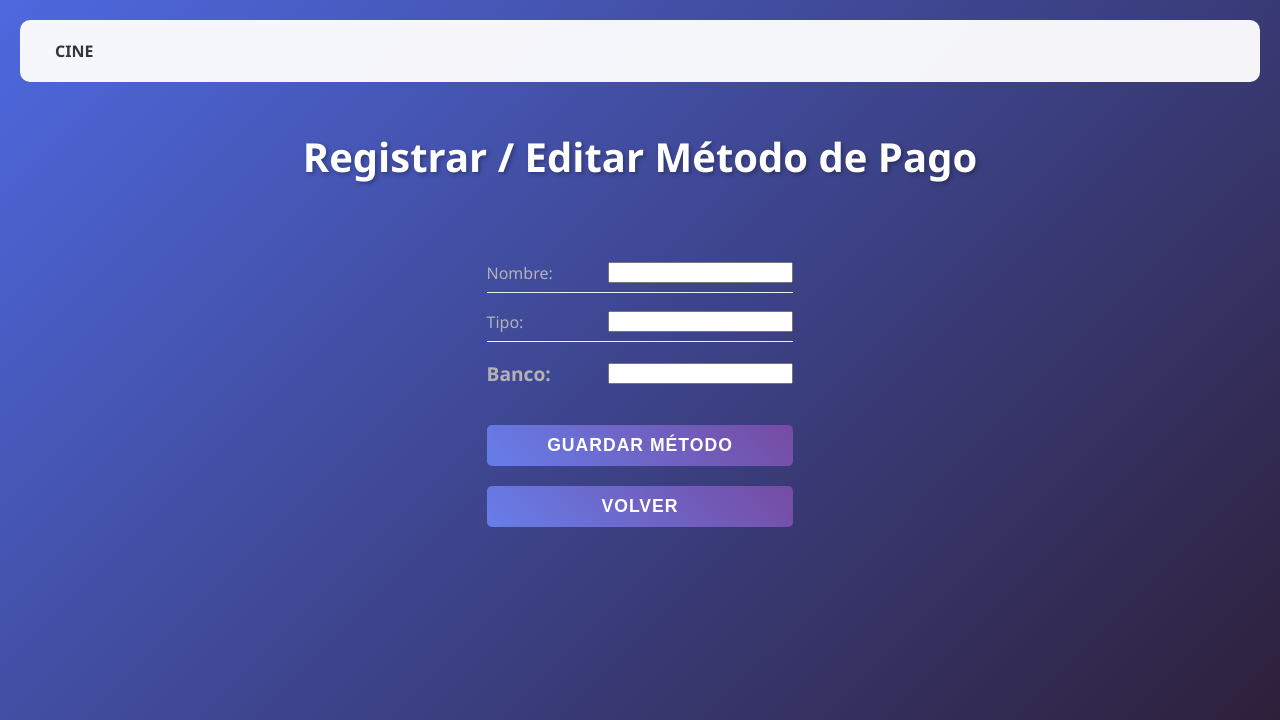
Repository: RoyScc/Practico-Django
Page: http://localhost/metodos/crear
An editor plug-in stored every save of this project. The page is shown before and after the next save, followed by the edit.
The browser window is 1280 px wide. The pictures show the whole page.
The page is served by the project's application, run on Django 5.2 (manage.py). Other server files are loaded and not shown.

Above is the page before, as saved 2026-05-13 23:59:39.

### tickets/templates/tickets/crear_metodo_pago.html
{% extends 'tickets/base.html' %}

{% block title %}Método de Pago{% endblock %}

{% block body %}
    <h1>Registrar / Editar Método de Pago</h1>
    <div class="cartelera">
        <form method="POST">
            {% csrf_token %}

            {{ form.as_p }}

            <button type="submit" style="padding: 10px; background-color: #4CAF50; color: white; border: none; border-radius: 5px; cursor: pointer;">
                Guardar Método
            </button>
            <button type="submit" style="padding: 10px; background-color: #4CAF50; color: white; border: none; border-radius: 5px; cursor: pointer;" href="{% url 'lista_metodos' %}">Volver</button>

        </form>
    </div>
    <br>


{% endblock %}

### tickets/templates/tickets/base.html
{% load static %}

<!DOCTYPE html>
<html lang="en">
<head>
    <meta charset="UTF-8">
    <meta name="viewport" content="width=device-width, initial-scale=1.0">
    <link rel="stylesheet" href="{% static 'tickets/styles.css' %}">
    <link rel="icon" href="templates/tickets/images/cine.png" type="image/png">
    <title>{% block title %} Tickets {% endblock %}</title>
</head>
<body>
    <nav className="navbar2">
        {% if request.resolver_match.url_name == 'cine' %}
            <a href="{% url 'lista_metodos' %}">Metodos</a>
        {% endif %}
        <a href="{% url 'cine' %}">Cine</a>
        {% if request.resolver_match.url_name == 'lista_metodos' %}
            <a href="{% url 'crear_metodo_pago' %}">Crear método de pago</a>
        {% endif %}
    </nav>

    {% block body %}{% endblock %}

</body>
</html>

### tickets/forms.py
from django import forms

from .models import MetodoPago

class MetodoPagoForm(forms.ModelForm):
    class Meta:
        model = MetodoPago
        fields = ['nombre', 'tipo', 'banco']

### tickets/models.py
from django.db import models

# Create your models here.
class Tickets(models.Model):
    tipo = models.CharField(max_length=100)
    nombre = models.CharField(max_length=100)
    fecha = models.DateField()
    ubicacion = models.CharField(max_length=100)
    precio = models.IntegerField()
    metodo_pago = models.ForeignKey(
        'MetodoPago',
        on_delete=models.CASCADE,
        null=True,
        blank=True
    )

    def __str__(self):
        return f"Tickets de: {self.tipo}"

class MetodoPago(models.Model):
    nombre = models.CharField(max_length=100)
    tipo = models.CharField(max_length=100)
    banco = models.CharField(max_length=50, null=True, blank=True)

    def __str__(self):
        return f"Metodo de pago: {self.nombre}"

# class Categoria(models.Model):
#     nombre = models.CharField(max_length=100)
#     # pelicula = models.ForeignKey(
#     #     'Pelicula',
#     #     on_delete=models.CASCADE,
#     #     null=False,
#     #     blank=False
#     #     )

#     def __str__(self):
#         return f"Categoria: {self.nombre}"

# class Pelicula (models.Model):
#     titulo = models.CharField(max_length=100)
#     descripcion = models.TextField()
#     duracion = models.IntegerField()
#     categoria = models.ForeignKey(
#         'Categoria',
#         on_delete=models.CASCADE,
#         null=False,
#         blank=False
#         )
#     # categoria = models.ManyToManyField(
#     #     'Categoria',
#     #     default=None,
#     #     blank=True,
#     #     related_name="categorias",
#     # )

#     def __str__(self):
#         return f"Pelicula: {self.titulo}"

### tickets/views.py
from django.shortcuts import render, redirect
from .models import Tickets, MetodoPago
from .forms import MetodoPagoForm

# Create your views here.

# def index(request):
#     tickets = Tickets.objects.filter(tipo="cine")
#     return render(request, 'tickets/index.html', {'tickets': tickets})

def cine(request):
    tickets = Tickets.objects.filter(tipo__icontains="cine")
    return render(request, 'tickets/cine.html', {'tickets': tickets})

def tickets(request):
    todos_los_tickets = Tickets.objects.all()
    return render(request, 'tickets/todos_los_tickets.html', {'tickets': todos_los_tickets})

def crear_metodo_pago(request):
    if request.method == 'POST':
        form = MetodoPagoForm(request.POST)
        if form.is_valid():
            form.save()
            return redirect('lista_metodos')
    else:
        form = MetodoPagoForm()
    return render(request, 'tickets/crear_metodo_pago.html', {'form': form})

from django.shortcuts import get_object_or_404

def lista_metodos_pago(request):
    metodos = MetodoPago.objects.all()
    return render(request, 'tickets/lista_metodos.html', {'metodos': metodos})

def editar_metodo(request, id):
    metodo = get_object_or_404(MetodoPago, id=id)
    if request.method == 'POST':
        form = MetodoPagoForm(request.POST, instance=metodo)
        if form.is_valid():
            form.save()
            return redirect('lista_metodos')
    else:
        form = MetodoPagoForm(instance=metodo)
    return render(request, 'tickets/crear_metodo_pago.html', {'form': form})

def borrar_metodo(request, id):
    metodo = get_object_or_404(MetodoPago, id=id)
    if request.method == 'POST':
        metodo.delete()
        return redirect('lista_metodos')
    return render(request, 'tickets/borrar_metodo.html', {'metodo': metodo})

### TicketERA/urls.py
"""
URL configuration for TicketERA project.

The `urlpatterns` list routes URLs to views. For more information please see:
    https://docs.djangoproject.com/en/6.0/topics/http/urls/
Examples:
Function views
    1. Add an import:  from my_app import views
    2. Add a URL to urlpatterns:  path('', views.home, name='home')
Class-based views
    1. Add an import:  from other_app.views import Home
    2. Add a URL to urlpatterns:  path('', Home.as_view(), name='home')
Including another URLconf
    1. Import the include() function: from django.urls import include, path
    2. Add a URL to urlpatterns:  path('blog/', include('blog.urls'))
"""
from django.contrib import admin
from django.urls import path, include

urlpatterns = [
    path('admin/', admin.site.urls),
    path('', include("tickets.urls"))
]

### tickets/urls.py
from django.urls import path, include

from . import views

urlpatterns = [
    # path('', views.index, name="index"),
    path('cine/', views.cine, name="cine"),
    path('tickets/', views.tickets, name="tickets"),
    path('metodos/', views.lista_metodos_pago, name="lista_metodos"),
    path('metodos/crear', views.crear_metodo_pago, name="crear_metodo_pago"),
    path('metodos/editar/<int:id>/', views.editar_metodo, name="editar_metodo"),
    path('metodos/borrar/<int:id>/', views.borrar_metodo, name="borrar_metodo"),
]

### tickets/static/tickets/styles.css
/* Estilos generales para la página */
body {
    font-family: 'Segoe UI', Tahoma, sans-serif;
    background: linear-gradient(135deg, #4e69df 0%, #2d203a 100%);
    min-height: 100vh;
    margin: 0;
    padding: 20px;
    gap: 20px;
    display: flex;
    flex-direction: column;
    box-sizing: border-box;
    flex: 1;
}

nav{
    justify-content: space-around;
    background: white;
    opacity: 0.95;
    margin: 0;
    padding: 10px 20px;
    border-radius: 10px;

}

.navbar {
    display: flex;
    justify-content: flex-end;
    align-items: center;
}

a {
    display: inline-block;
    color: #333;
    text-decoration: none;
    font-weight: bold;
    padding: 10px 15px;
    border-radius: 5px;
    transition: background 0.3s ease;
    text-transform: uppercase;
    /*background: #686666;*/
}

a:hover {
    background: #667eea;
    color: white;
}


h1, h4 {
    color: white;
    text-align: center;
    margin-bottom: 30px;
    text-shadow: 2px 2px 4px rgba(0,0,0,0.3);
}

h1 {
    font-size: 2.5rem;
    margin-bottom: 10px;
}

h4 {
    font-size: 1.2rem;
    opacity: 0.9;
}

.cartelera {
    display: flex;
    flex-wrap: wrap;
    justify-content: center;
    gap: 40px;
    padding: 30px;
}
.ticket-item {
    background: white;
    border-radius: 15px;
    padding: 20px;

    display: flex;
    flex-direction: column;
    justify-content: space-between;

    width: 320px;
    min-height: 500px;

    box-shadow: 0 10px 30px rgba(0,0,0,0.2);

    transition: transform 0.3s ease;
}

.ticket-item:hover {
    transform: translateY(-5px);
}

.ticket-item a {
    display: inline-block;
    margin-top: 10px;
}

.form {
    display: block;
    margin-top: 0em;
    unicode-bidi: isolate;
}

/* Tablet
@media (max-width: 768px) {
    .cartelera {
        gap: 15px;
        padding: 15px;
    }
}*/

/* Mobile
@media (max-width: 480px) {
    .cartelera {
        gap: 10px;
        padding: 10px;
    }

    .ticket-item {
        width: 100%;
        max-width: 300px;
    }
}*/

h3 {
    color: #fdfdfd;
    font-size: 1.5rem;
    margin-bottom: 20px;
    text-align: center;
    border-bottom: 3px solid #667eea;
    padding-bottom: 10px;
}

.h3 {
    color: #000000;
    font-size: 1.5rem;
    margin-bottom: 20px;
    text-align: center;
    border-bottom: 3px solid #667eea;
    padding-bottom: 10px;
}

p {
    color: #b3b3b3;
    font-size: 1rem;
    margin: 10px 0;
    padding: 8px 0;
    border-bottom: 1px solid #eee;
    display: flex;
    justify-content: space-between;
    align-items: center;
}

p:last-of-type {
    border-bottom: none;
    font-weight: bold;

    font-size: 1.2rem;
}

.pcartelera {
    color: #070202;
    font-size: 1rem;
    margin: 10px 0;
    padding: 8px 0;
    border-bottom: 1px solid #eee;
    display: flex;
    justify-content: space-between;
    align-items: center;
}

button {
    width: 100%;
    background: linear-gradient(45deg, #667eea, #764ba2);
    color: white;
    border: none;
    padding: 30px 30px;
    font-size: 1.1rem;
    font-weight: bold;
    border-radius: 8px;
    cursor: pointer;
    margin-top: 20px;
    transition: all 0.3s ease;
    text-transform: uppercase;
    letter-spacing: 1px;
}

button:hover {
    background: linear-gradient(45deg, #5a6fd8, #6a4190);
    transform: scale(1.05);
    box-shadow: 0 5px 15px rgba(102, 126, 234, 0.4);
}

.ticket {
    margin-bottom: 20px;
    padding: 20px;
    border-radius: 10px;
    box-shadow: 0 5px 15px rgba(0,0,0,0.1);
    space
}

button:active {
    transform: scale(0.98);
}

.fecha-icon::before {
content: '📅 ';
margin-right: 8px;
font-weight: bold;
}

.ubicacion-icon::before {
    content: '📍';
    margin-right: 8px;
    font-weight: bold;
}

.precio-icon::before {
    content: '💵 ';
    margin-right: 8px;
    font-weight: bold;
}
/*
.carousel {
    display: flex;
    gap: 20px;
    overflow-x: auto;
    padding: 20px;
    scroll-behavior: smooth;
}

.carousel::-webkit-scrollbar {
    height: 10px;
}

.carousel::-webkit-scrollbar-thumb {
    background: #667eea;
    border-radius: 10px;
}

.ticket-item {
    min-width: 250px;
    background: white;
    border-radius: 15px;
    padding: 15px;
    flex-shrink: 0;
    box-shadow: 0 4px 10px rgba(0,0,0,0.1);
    text-align: center;
}

.ticket-img {
    width: 100%;
    height: 300px;
    object-fit: cover;
    border-radius: 10px;
}

.ticket-empty {
    text-align: center;
    padding: 50px;
}*/

After the next save:
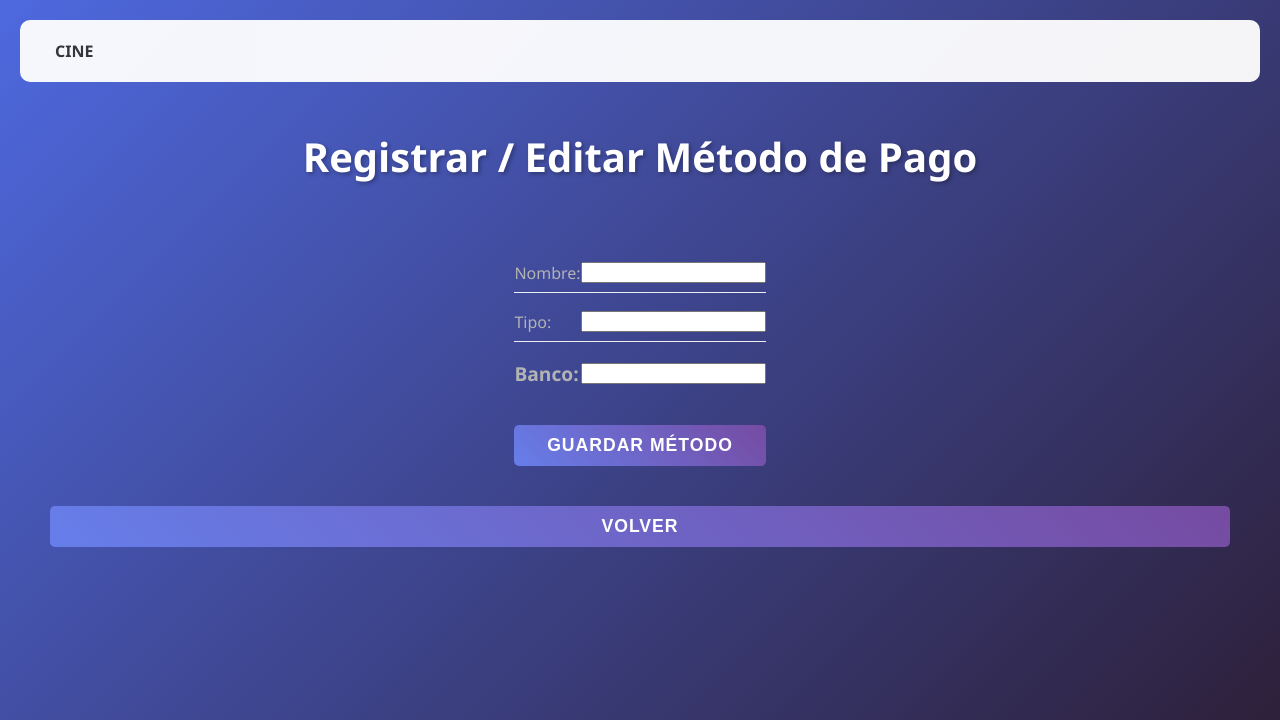
Saved 21 s later.
--- a/tickets/templates/tickets/crear_metodo_pago.html
+++ b/tickets/templates/tickets/crear_metodo_pago.html
@@ -13,9 +13,10 @@
             <button type="submit" style="padding: 10px; background-color: #4CAF50; color: white; border: none; border-radius: 5px; cursor: pointer;">
                 Guardar Método
             </button>
-            <button type="submit" style="padding: 10px; background-color: #4CAF50; color: white; border: none; border-radius: 5px; cursor: pointer;" href="{% url 'lista_metodos' %}">Volver</button>
+
 
         </form>
+        <button class="form" style="padding: 10px; background-color: #4CAF50; color: white; border: none; border-radius: 5px; cursor: pointer;" href="{% url 'lista_metodos' %}">Volver</button>
     </div>
     <br>
 
